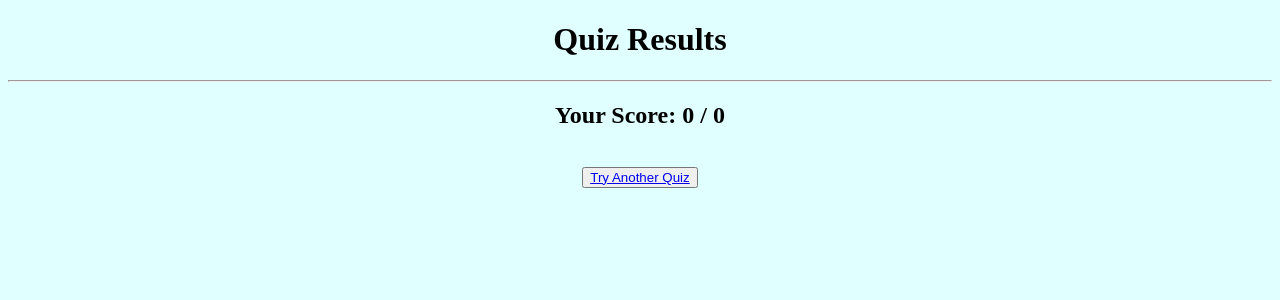
Repository: Rohitsenpai01/Quiz-Manangement-System
Page: http://localhost/WebQuizApp/submitquiz.jsp
The author's editor kept a copy of each file at every save. The page is drawn from the files as they stood at one save, then again after the next save.
The browser window is 1280 px wide. The pictures show the whole page.
The page is served by Tomcat 9. Other server files are loaded and not shown. Queries for data that is not in the repository find no rows.

Above is the page before, as saved 2025-12-31 17:04:10.

### WebQuizApp/WebQuizApp/src/main/webapp/submitquiz.jsp
<%@ page language="java" contentType="text/html; charset=UTF-8" pageEncoding="UTF-8"%>
<%@ taglib prefix="c" uri="http://java.sun.com/jsp/jstl/core" %>
<!DOCTYPE html>
<html>
<head>
    <title>Quiz Result</title>
</head>
<body bgcolor="${initParam.theme}">
    <h1 style="text-align: center;">Quiz Results</h1><hr>
    <jsp:useBean id="quli" class="com.app.beans.QuestionListBean"/>
    <jsp:setProperty name="quli" property="quiz_id" value="${param.quiz_id}"/>
    ${quli.fetchQuestions()}

    <div style="text-align: center;">
        <%
            int score = 0;
            int total = 0;
            java.util.List<com.app.pojos.Question> list = quli.getQuestionList();

            if (list != null) {
                total = list.size();
                for (int i = 0; i < total; i++) {
                    String submittedAns = request.getParameter("ans_" + i);
                    char correctAns = list.get(i).getCorrect();
                    if (submittedAns != null && submittedAns.equalsIgnoreCase(String.valueOf(correctAns))) {
                        score++;
                    }
                }
            }
            request.setAttribute("finalScore", score);
            request.setAttribute("totalQuestions", total);
        %>

        <h2>Your Score: ${finalScore} / ${totalQuestions}</h2><br>
        <button><a href="quizlist.jsp">Try Another Quiz</a></button>
    </div>
</body>
</html>

### WebQuizApp/WebQuizApp/src/main/java/com/app/beans/QuestionListBean.java
package com.app.beans;

import java.util.List;
import com.app.daos.QuestionDao;
import com.app.daos.QuestionDaoImp;
import com.app.pojos.Question;

public class QuestionListBean {
	private List<Question> questionList;
    private int quiz_id;

    public void setQuiz_id(int quiz_id) {
        this.quiz_id = quiz_id;
    }

    public List<Question> getQuestionList() {
        return questionList;
    }

    public void fetchQuestions() {
        try(QuestionDao queDao = new QuestionDaoImp()) {
            this.questionList = queDao.getById(this.quiz_id);
        } catch (Exception e) {
            e.printStackTrace();
        }
    }
}

### WebQuizApp/WebQuizApp/src/main/java/com/app/daos/QuestionDao.java
package com.app.daos;

import java.util.List;

import com.app.pojos.Question;
import com.app.pojos.Quiz;

public interface QuestionDao extends AutoCloseable{
	List<Question> getAll() throws Exception;
	List<Question> getById(int quiz_id) throws Exception;
	void insert(Question qs,Quiz q) throws Exception;
}

### WebQuizApp/WebQuizApp/src/main/java/com/app/pojos/Question.java
package com.app.pojos;

public class Question {
	public int id;
	public int quiz_id;
	public String text;
	public String a;
	public String b;
	public String c;
	public String d;
	public char correct;

	public Question() {
	}

	public Question(int id, int quiz_id, String text, String a, String b, String c, String d, char correct) {
		this.id = id;
		this.quiz_id = quiz_id;
		this.text = text;
		this.a = a;
		this.b = b;
		this.c = c;
		this.d = d;
		this.correct = correct;
	}

	public int getId() {
		return id;
	}

	public void setId(int id) {
		this.id = id;
	}

	public int getQuiz_id() {
		return quiz_id;
	}

	public void setQuiz_id(int quiz_id) {
		this.quiz_id = quiz_id;
	}

	public String getText() {
		return text;
	}

	public void setText(String text) {
		this.text = text;
	}

	public String getA() {
		return a;
	}

	public void setA(String a) {
		this.a = a;
	}

	public String getB() {
		return b;
	}

	public void setB(String b) {
		this.b = b;
	}

	public String getC() {
		return c;
	}

	public void setC(String c) {
		this.c = c;
	}

	public String getD() {
		return d;
	}

	public void setD(String d) {
		this.d = d;
	}

	public char getCorrect() {
		return correct;
	}

	public void setCorrect(char correct) {
		this.correct = correct;
	}

}

### WebQuizApp/WebQuizApp/src/main/java/com/app/daos/Dao.java
package com.app.daos;

import java.sql.Connection;
import com.app.util.DbUtil;

public class Dao implements AutoCloseable{
	protected Connection con;
	public Dao() throws Exception{
		con = DbUtil.getConnection();
	}
	public void close() throws Exception {
		if(con != null) {
			con.close();
		}
	}
}

### WebQuizApp/WebQuizApp/src/main/java/com/app/daos/QuestionDaoImp.java
package com.app.daos;

import java.sql.PreparedStatement;
import java.sql.ResultSet;
import java.util.ArrayList;
import java.util.List;

import com.app.pojos.Question;
import com.app.pojos.Quiz;

public class QuestionDaoImp extends Dao implements QuestionDao{
	private PreparedStatement stmtInsertTitle;
	private PreparedStatement stmtGetAll;
	private PreparedStatement stmtGetById;
	private PreparedStatement stmtInsertQuestion;

	public QuestionDaoImp() throws Exception {
		stmtGetAll = con.prepareStatement("SELECT question_id, quiz_id, question_text, option_a, option_b, option_c, option_d FROM questions");
		stmtGetById = con.prepareStatement("SELECT question_text, option_a, option_b, option_c, option_d, correct_option FROM questions WHERE quiz_id = ?");
		stmtInsertQuestion = con.prepareStatement("INSERT INTO questions " + "(quiz_id, question_text, option_a, option_b, option_c, option_d, correct_option)" + "VALUES (?, ?, ?, ?, ?, ?, ?)");
		stmtInsertTitle = con.prepareStatement("SELECT quiz_id FROM quizzes WHERE title=?");
	}

	public void close() throws Exception {
		stmtGetAll.close();
		stmtGetById.close();
		stmtInsertTitle.close();
		stmtInsertQuestion.close();
	}

	@Override
	public List<Question> getAll() throws Exception {
		List<Question> list = new ArrayList<>();
		try(ResultSet rs = stmtGetAll.executeQuery()) {
			while(rs.next()) {
				int id = rs.getInt("id");
				int quiz_id = rs.getInt("quiz_id");
				String text = rs.getString("text");
				String a = rs.getString("a");
				String b = rs.getString("b");
				String c = rs.getString("c");
				String d = rs.getString("d");
				String cor = rs.getString("correct");
				char correct = cor.charAt(0);
				Question que = new Question(id, quiz_id, text, a, b, c, d, correct);
				list.add(que);
			}
		}
		return list;
	}

	@Override
	public void insert(Question qs, Quiz q) throws Exception {
	    String sql = "INSERT INTO questions (quiz_id, question_text, option_a, option_b, option_c, option_d, correct_option) VALUES (?, ?, ?, ?, ?, ?, ?)";
	    try (PreparedStatement ps = con.prepareStatement(sql)) {
	        ps.setInt(1, qs.getQuiz_id());
	        ps.setString(2, qs.getText());
	        ps.setString(3, qs.getA());
	        ps.setString(4, qs.getB());
	        ps.setString(5, qs.getC());
	        ps.setString(6, qs.getD());
	        ps.setString(7, String.valueOf(qs.getCorrect()));
	        ps.executeUpdate();
	    }
	}

	@Override
	public List<Question> getById(int quiz_id) throws Exception {
	    List<Question> queList = new ArrayList<>();
	    stmtGetById.setInt(1, quiz_id);
	    try(ResultSet rs = stmtGetById.executeQuery()) {
	        while(rs.next()) {
	            String text = rs.getString("question_text");
	            String a = rs.getString("option_a");
	            String b = rs.getString("option_b");
	            String c = rs.getString("option_c");
	            String d = rs.getString("option_d");
	            String cor = rs.getString("correct_option");
	            char correct = (cor != null && !cor.isEmpty()) ? cor.charAt(0) : ' ';
	            Question que = new Question(0, quiz_id, text, a, b, c, d, correct);
	            queList.add(que);
	        }
	    }
	    return queList;
	}
}

### WebQuizApp/WebQuizApp/src/main/java/com/app/util/DbUtil.java
package com.app.util;

import java.sql.Connection;
import java.sql.DriverManager;

public class DbUtil {
	private static final String DB_DRIVER = "com.mysql.cj.jdbc.Driver";
	private static final String DB_URL = "jdbc:mysql://localhost:3306/quiz_management_system";
	private static final String DB_USER = "root";
	private static final String DB_PASSWD = "manager";

	static {
		try {
			Class.forName(DB_DRIVER);
		} catch(Exception e) {
			e.printStackTrace();
			System.exit(1);
		}
	}

	public static Connection getConnection() throws Exception {
		Connection con = DriverManager.getConnection(DB_URL, DB_USER, DB_PASSWD);
		return con;
	}
}

### WebQuizApp/WebQuizApp/src/main/java/com/app/beans/AttemptQuizBean.java
package com.app.beans;

import java.util.ArrayList;
import java.util.List;

import com.app.daos.AttemptDao;
import com.app.daos.AttemptDaoImp;
import com.app.pojos.Attempts;

public class AttemptQuizBean {
	private List<Attempts> attemptList;
	private int student_id;
	private int score;
	private int total;
	private int quiz_id;
	public AttemptQuizBean() {
		this.attemptList = new ArrayList<>();
	}

	public List<Attempts> getAttemptList() {
		return attemptList;
	}


	public void setAttemptList(List<Attempts> attemptList) {
		this.attemptList = attemptList;
	}


	public int getStudent_id() {
		return student_id;
	}


	public void setStudent_id(int student_id) {
		this.student_id = student_id;
	}


	public int getScore() {
		return score;
	}


	public void setScore(int score) {
		this.score = score;
	}


	public int getTotal() {
		return total;
	}


	public void setTotal(int total) {
		this.total = total;
	}


	public int getQuiz_id() {
		return quiz_id;
	}


	public void setQuiz_id(int quiz_id) {
		this.quiz_id = quiz_id;
	}


	public void viewresult() {
		try(AttemptDao attemptDao = new AttemptDaoImp()) {
			List<Attempts> attempt = attemptDao.findAll();
			this.attemptList =  attempt;
		} catch(Exception e) {
			e.printStackTrace();
		}
	}
	public void viewScore() {
		try(AttemptDao attemptDao = new AttemptDaoImp()) {
			List<Attempts> attempt =  attemptDao.findStudentById(student_id);
			this.attemptList = attempt;
		} catch(Exception e) {
			e.printStackTrace();
		}
	}
	public void save() {
		try(AttemptDao attemptDao = new AttemptDaoImp()) {
			 attemptDao.insertAttempt(quiz_id, student_id, score, total);
		} catch(Exception e) {
			e.printStackTrace();
		}
	}
}

### WebQuizApp/WebQuizApp/src/main/java/com/app/daos/AttemptDao.java
package com.app.daos;

import java.util.List;

import com.app.pojos.Attempts;

public interface AttemptDao extends AutoCloseable{
	List<Attempts> findAll() throws Exception;
	List<Attempts> findStudentById(int user_id) throws Exception;
	public void insertAttempt(int qid, int stuId, int score, int totalQue) throws Exception;
}

### WebQuizApp/WebQuizApp/src/main/java/com/app/pojos/Attempts.java
package com.app.pojos;

import java.time.LocalDateTime;

public class Attempts {
	public int id;
	public int quiz_id;
	public int student_id;
	public String student_name;
	public int score;
	public int total;
	public LocalDateTime attemptTime;

	public Attempts() {
	}

	public Attempts(int id, int quiz_id, int student_id, String student_name, int score, int total, LocalDateTime attemptTime) {
		this.id = id;
		this.quiz_id = quiz_id;
		this.student_id = student_id;
		this.student_name = student_name;
		this.score = score;
		this.total = total;
		this.attemptTime = attemptTime;
	}


	public Attempts(int id, int quiz_id, int student_id, int score, int total, LocalDateTime attemptTime) {
		super();
		this.id = id;
		this.quiz_id = quiz_id;
		this.student_id = student_id;
		this.score = score;
		this.total = total;
		this.attemptTime = attemptTime;
	}

	public int getId() {
		return id;
	}

	public void setId(int id) {
		this.id = id;
	}

	public int getQuiz_id() {
		return quiz_id;
	}

	public void setQuiz_id(int quiz_id) {
		this.quiz_id = quiz_id;
	}

	public int getStudent_id() {
		return student_id;
	}

	public void setStudent_id(int student_id) {
		this.student_id = student_id;
	}

	public String getStudent_name() {
		return student_name;
	}

	public void setStudent_name(String string) {
		this.student_name = string;
	}

	public int getScore() {
		return score;
	}

	public void setScore(int score) {
		this.score = score;
	}

	public int getTotal() {
		return total;
	}

	public void setTotal(int total) {
		this.total = total;
	}

	public LocalDateTime getAttemptTime() {
		return attemptTime;
	}

	public void setAttemptTime(LocalDateTime attemptTime) {
		this.attemptTime = attemptTime;
	}

}

### WebQuizApp/WebQuizApp/src/main/java/com/app/daos/AttemptDaoImp.java
package com.app.daos;

import java.sql.PreparedStatement;
import java.sql.ResultSet;
import java.util.ArrayList;
import java.util.List;

import com.app.pojos.Attempts;

public class AttemptDaoImp extends Dao implements AttemptDao{
	private PreparedStatement stmtFindById;
	private PreparedStatement stmtFindAll;
	private PreparedStatement stmtSave;
	public AttemptDaoImp() throws Exception {
		stmtFindAll = con.prepareStatement("SELECT attempt_id,quiz_id,quiz_attempts.user_id,name,final_score,total_questions FROM quiz_attempts INNER JOIN users ON quiz_attempts.user_id = users.user_id");
		stmtFindById = con.prepareStatement("SELECT * FROM quiz_attempts WHERE user_id = ?");
		stmtSave = con.prepareStatement("INSERT INTO quiz_attempts (quiz_id, user_id, final_score, total_questions) VALUES (?, ?, ?, ?)");
	}

	public void close() throws Exception {
		stmtSave.close();
		stmtFindById.close();
		stmtFindAll.close();
	}

	@Override
	public List<Attempts> findAll() throws Exception {
		List<Attempts> list = new ArrayList<>();
		try(ResultSet rs = stmtFindAll.executeQuery()) {
			while(rs.next()) {
				int attempt_id = rs.getInt("attempt_id");
				int quiz_id = rs.getInt("quiz_id");
				int user_id = rs.getInt("user_id");
				String name = rs.getString("name");
				int final_score = rs.getInt("final_score");
				int total_questions = rs.getInt("total_questions");
				Attempts at = new Attempts(attempt_id, quiz_id, user_id, name, final_score, total_questions, null);
				list.add(at);
			}
		}
		return list;
	}

	@Override
	public List<Attempts> findStudentById(int student_id) throws Exception {
		List<Attempts> list = new ArrayList<>();
		stmtFindById.setInt(1, student_id);
		try(ResultSet rs = stmtFindById.executeQuery()) {
			if(rs.next()) {
				int attempt_id = rs.getInt("attempt_id");
				int quiz_id = rs.getInt("quiz_id");
				student_id = rs.getInt("user_id");
				int final_score = rs.getInt("final_score");
				int total_questions = rs.getInt("total_questions");
				Attempts at = new Attempts(attempt_id, quiz_id, student_id, final_score, total_questions, null);
				list.add(at);
			}
		}
		return list;
	}



	@Override
	public void insertAttempt(int qid, int stuId, int score, int totalQue) throws Exception {
		String sql = "INSERT INTO quiz_attempts (quiz_id, user_id, final_score, total_questions) VALUES (?, ?, ?, ?)";
		try(PreparedStatement pit = con.prepareStatement(sql)) {
			pit.setInt(1, qid);
			pit.setInt(2, stuId);
			pit.setInt(3, score);
			pit.setInt(4, totalQue);

			pit.executeUpdate();
			pit.close();
		} catch(Exception e) {
			e.printStackTrace();
		}
	}

}

After the next save:
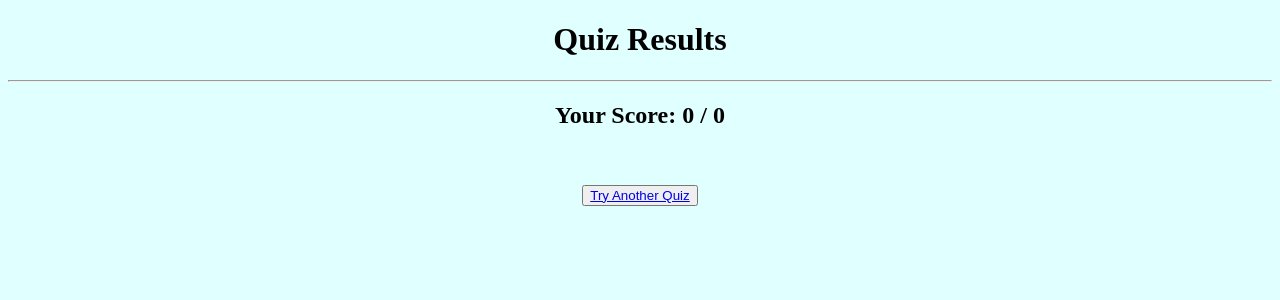
Saved 4 min 36 s later.
--- a/WebQuizApp/WebQuizApp/src/main/webapp/submitquiz.jsp
+++ b/WebQuizApp/WebQuizApp/src/main/webapp/submitquiz.jsp
@@ -1,38 +1,50 @@
-<%@ page language="java" contentType="text/html; charset=UTF-8" pageEncoding="UTF-8"%>
-<%@ taglib prefix="c" uri="http://java.sun.com/jsp/jstl/core" %>
+<%@ page language="java" contentType="text/html; charset=UTF-8"
+	pageEncoding="UTF-8"%>
+<%@ taglib prefix="c" uri="http://java.sun.com/jsp/jstl/core"%>
 <!DOCTYPE html>
 <html>
 <head>
-    <title>Quiz Result</title>
+<title>Quiz Result</title>
 </head>
 <body bgcolor="${initParam.theme}">
-    <h1 style="text-align: center;">Quiz Results</h1><hr>
-    <jsp:useBean id="quli" class="com.app.beans.QuestionListBean"/>
-    <jsp:setProperty name="quli" property="quiz_id" value="${param.quiz_id}"/>
-    ${quli.fetchQuestions()}
+	<h1 style="text-align: center;">Quiz Results</h1>
+	<hr>
+	<jsp:useBean id="quli" class="com.app.beans.QuestionListBean" />
+	<jsp:setProperty name="quli" property="quiz_id"
+		value="${param.quiz_id}" />
+	${quli.fetchQuestions()}
 
-    <div style="text-align: center;">
-        <%
-            int score = 0;
-            int total = 0;
-            java.util.List<com.app.pojos.Question> list = quli.getQuestionList();
+	<div style="text-align: center;">
+		<%
+		int score = 0;
+		int total = 0;
+		java.util.List<com.app.pojos.Question> list = quli.getQuestionList();
 
-            if (list != null) {
-                total = list.size();
-                for (int i = 0; i < total; i++) {
-                    String submittedAns = request.getParameter("ans_" + i);
-                    char correctAns = list.get(i).getCorrect();
-                    if (submittedAns != null && submittedAns.equalsIgnoreCase(String.valueOf(correctAns))) {
-                        score++;
-                    }
-                }
-            }
-            request.setAttribute("finalScore", score);
-            request.setAttribute("totalQuestions", total);
-        %>
+		if (list != null) {
+			total = list.size();
+			for (int i = 0; i < total; i++) {
+				String submittedAns = request.getParameter("ans_" + i);
+				char correctAns = list.get(i).getCorrect();
+				if (submittedAns != null && submittedAns.equalsIgnoreCase(String.valueOf(correctAns))) {
+			score++;
+				}
+			}
+		}
+		request.setAttribute("finalScore", score);
+		request.setAttribute("totalQuestions", total);
+		%>
 
-        <h2>Your Score: ${finalScore} / ${totalQuestions}</h2><br>
-        <button><a href="quizlist.jsp">Try Another Quiz</a></button>
-    </div>
+		<h2>Your Score: ${finalScore} / ${totalQuestions}</h2>
+
+		<jsp:useBean id="sa" class="com.app.beans.AttemptQuizBean" />
+		<jsp:setProperty name="sa" property="quiz_id" value="${param.quiz_id}" />
+		<jsp:setProperty name="sa" property="student_id" value="${lp.user.id}" />
+		<jsp:setProperty name="sa" property="score" value="${finalScore}" />
+		<jsp:setProperty name="sa" property="total" value="${totalQuestions}" />
+		${sa.save()} <br> <br>
+		<button>
+			<a href="quizlist.jsp">Try Another Quiz</a>
+		</button>
+	</div>
 </body>
 </html>
